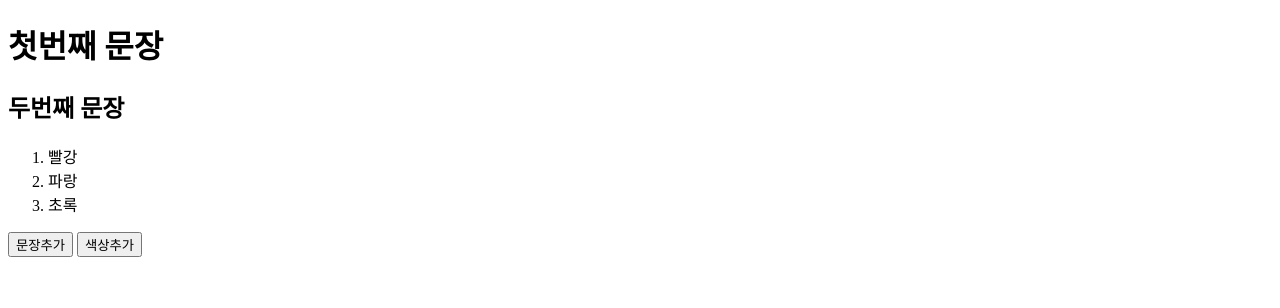
Repository: chopilyeon/JavaWeb
Page: LectureWeb/src/main/webapp/jquery/exam04.html
An editor plug-in stored every save of this project. The page is shown before and after the next save, followed by the edit.
The browser window is 1280 px wide. The pictures show the whole page.

Above is the page before, as saved 2022-05-30 07:59:12.

### LectureWeb/src/main/webapp/jquery/exam04.html
<!DOCTYPE html>
<html>
<head>
<meta charset="UTF-8">
<title>Insert title here</title>

<script src ="https://code.jquery.com/jquery-3.6.0.js"></script>
<script>
$(document).ready(function(){
/*
	$('#btn01').click(function(){
		let h1Tag=document.createElement('h1')
		let text=document.createTextNode("세번째 문장")
		h1Tag.appendChild(text)
		let divTag=document.querySelector('div')
		divTag
		divTag.appendChild(h1Tag)
	})
*/	$('#btn01').click(function(){

	//$('div').append('<h1>세번째 문장</h1>')
	$('div').prepend('<h1>세번째 문장</h1>') // 이거는 큰자식으로 들어가게 됨
	//div의 자식태그로 넣어주겠다 이거임. 위에꺼보다 훨씬 간단함.
})


})
</script>



</head>
<body>
	<div>
		<h1>첫번째 문장</h1>
		<h2>두번째 문장</h2>
	</div>
	<ol>
		<li>빨강</li>
		<li>파랑</li>
		<li>초록</li>

	</ol>
	<button id="btn01">문장추가</button>
	<button id="btn02">색상추가</button>

</body>
</html>

After the next save:
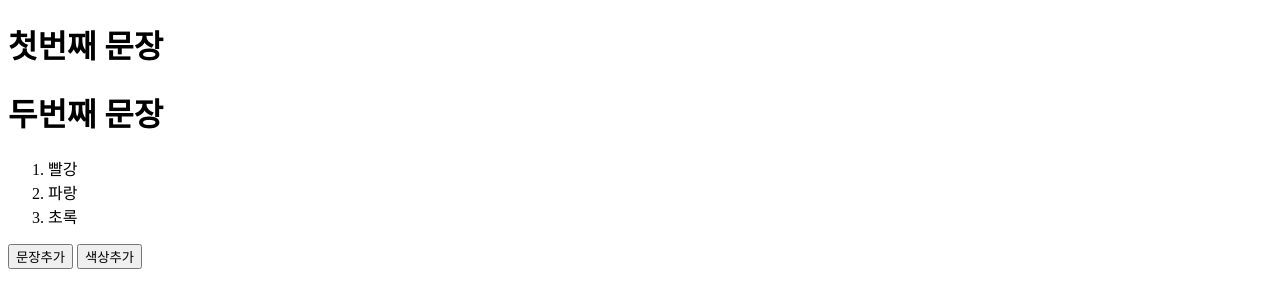
Saved 10 s later.
--- a/LectureWeb/src/main/webapp/jquery/exam04.html
+++ b/LectureWeb/src/main/webapp/jquery/exam04.html
@@ -33,7 +33,7 @@ $(document).ready(function(){
 <body>
 	<div>
 		<h1>첫번째 문장</h1>
-		<h2>두번째 문장</h2>
+		<h1>두번째 문장</h1>
 	</div>
 	<ol>
 		<li>빨강</li>
